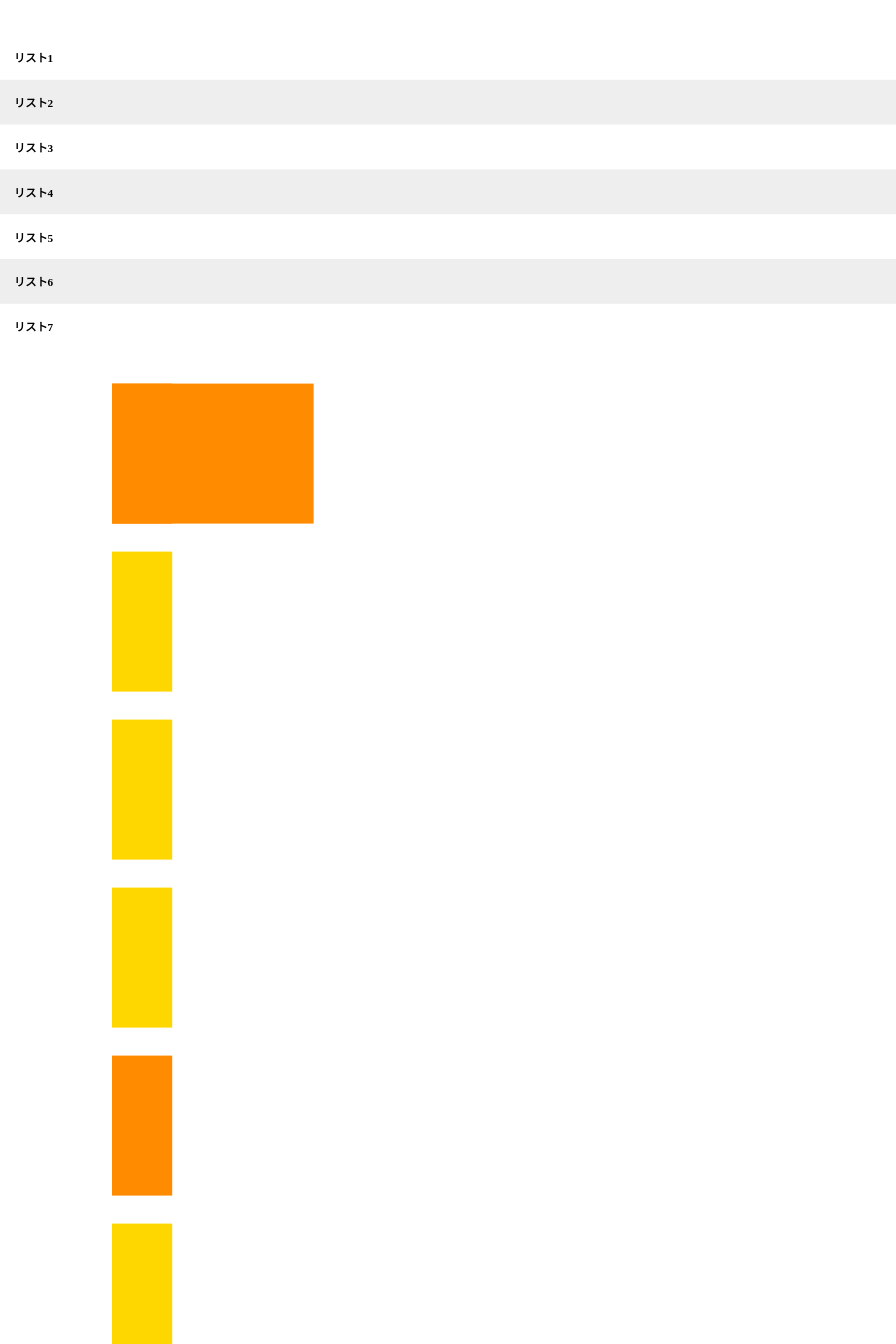
Repository: Tyubyasa/abc
Page: chapter8/chapter8.html
The author's editor kept a record of every edit. The page is drawn from the files as they stood at one moment, then again after the next edit.
The browser window is 1280 px wide. The pictures show the part of the page from y = 0 to 1920 px (the page is 2588 px tall before and 2538 px after), at 70% of full size.

Above is the page before.

### chapter8/chapter8.html
<!DOCTYPE html>
<html lang="ja">
  <head>
    <meta charset="UTF-8" />
    <!-- CSSファイルの読み込み -->
    <link rel="stylesheet" href="chapter8.css" />
    <title>chapter8</title>
 </head>

 <style>
    .body {
        font-size: 12px;
    }
</style>

<section class="main">
    <h1 class="item-list">
      </h1>
   <h4 class="item">
     リスト1
      </h4>
      <h4 class="item">
      リスト2
      </h4>
      <h4 class="item">
        リスト3
      </h4>
      <h4 class="item">
        リスト4
      </h4>
      <h4 class="item">
        リスト5
      </h4>
      <h4 class="item">
        リスト6
      </h4>
      <h4 class="item">
        リスト7
      </h4>
</section>

 <!-- main用のdiv -->
    <main>
      <div class="box-list">
        <div class="box">
      <div class="box">
         </div>
        <div class="box">
           </div>
          <div class="box">
             </div>
            <div class="box">
               </div>
              <div class="box">
                 </div>
                <div class="box">
                   </div>
                  <div class="box">
                     </div>
                    <div class="box">
                       </div>
                      <div class="box">
          </div>
          </div>
          </div>
          </main>

### chapter8/chapter8.css
* {
  margin: 0;
  padding: 0;
  box-sizing: border-box;
}

main {
  width: 960px;
  margin: 50px auto;
}

.item-list {
  margin-bottom: 50px;
}

.item {
  padding: 20px;
  list-style: none;
}

.item:nth-child(odd) {
  background-color: #eee;
}

.box-list {
  display: flex;
  flex-wrap: wrap;
}

.box {
  background-color: #ffd700;
  width: 30%;
  height: 200px;
  margin-right: 5%;
  margin-bottom: 40px;
}

.box:first-child,
.box:nth-child(5),
.box:last-child {
  background-color: #ff8c00;
}

.box:nth-child(3n) {
  margin-right: 0;
}

.box:nth-last-child(-n + 3) {
  margin-bottom: 0;
}

After the next edit:
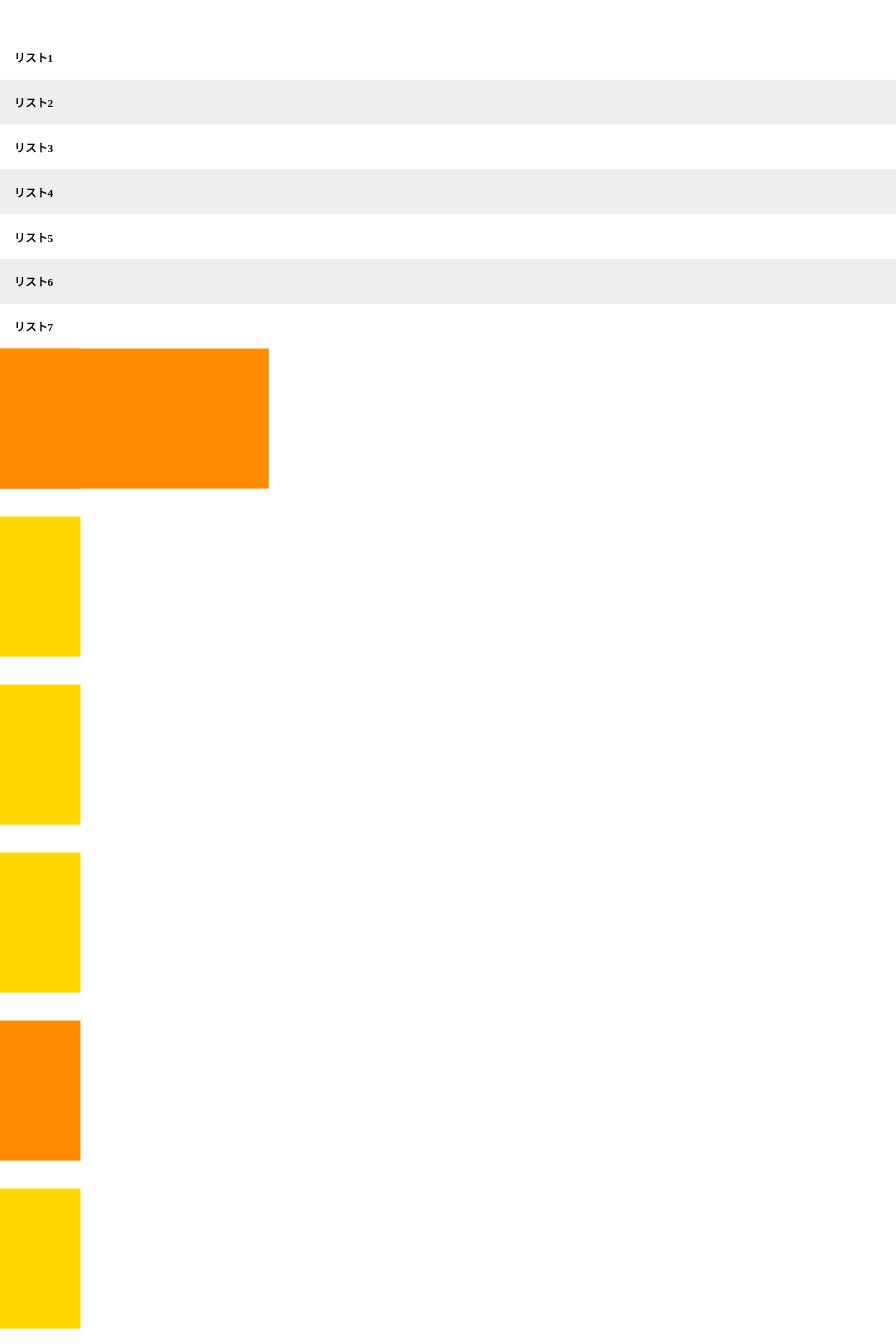
The edit:
--- a/chapter8/chapter8.html
+++ b/chapter8/chapter8.html
@@ -40,7 +40,7 @@
 </section>
 
  <!-- main用のdiv -->
-    <main>
+
       <div class="box-list">
         <div class="box">
       <div class="box">
